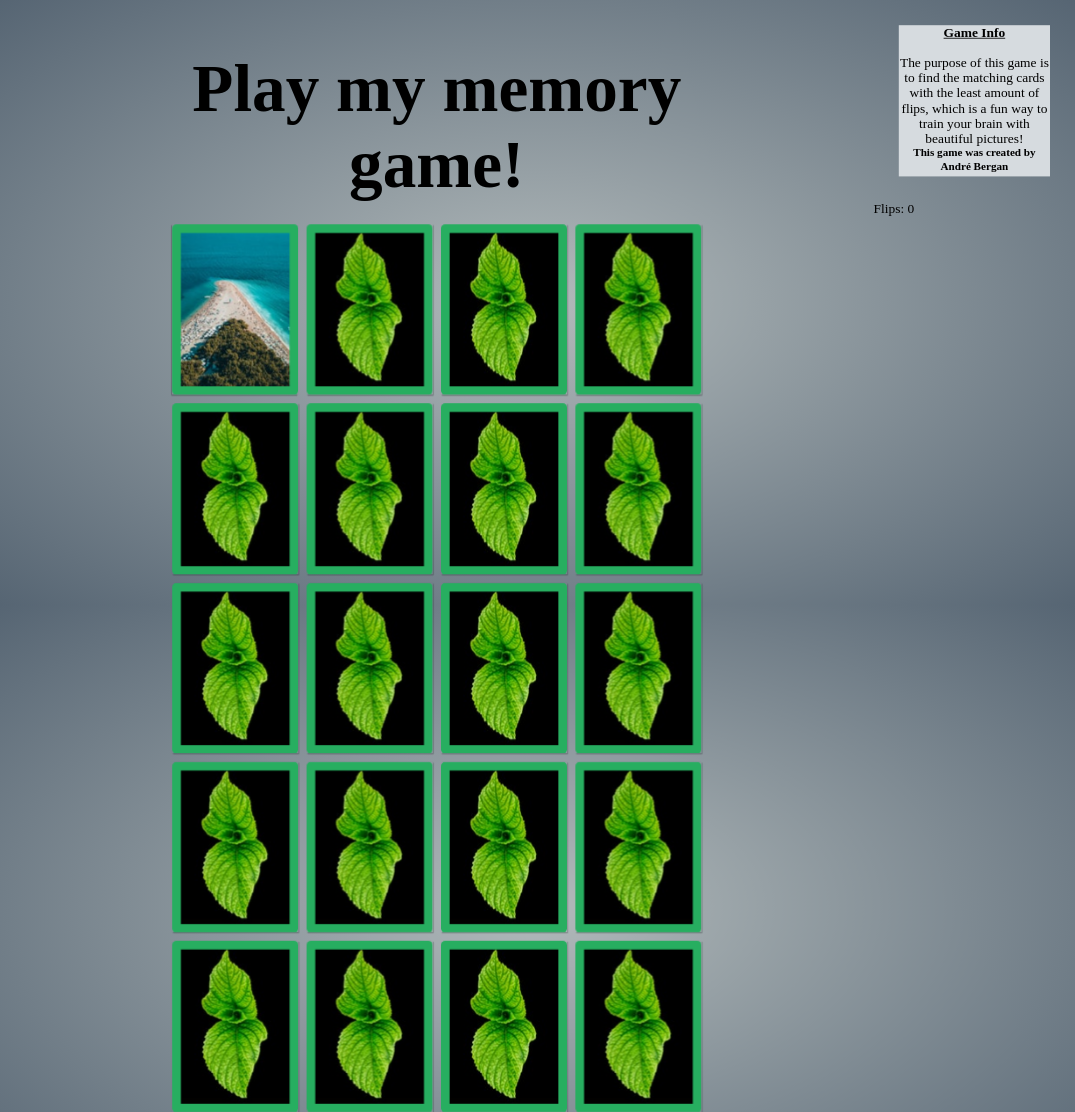
Repository: Code-Institute-Submissions/Milestone-Project-24
Page: index2.html
The author's editor kept a record of every edit. The page is drawn from the files as they stood at one moment, then again after the next edit.
The browser window is 1280 px wide. The pictures show the whole page, at 84% of full size.
After loading, the first visible `div.memory-card` was clicked once.

Above is the page before.

After the next edit:
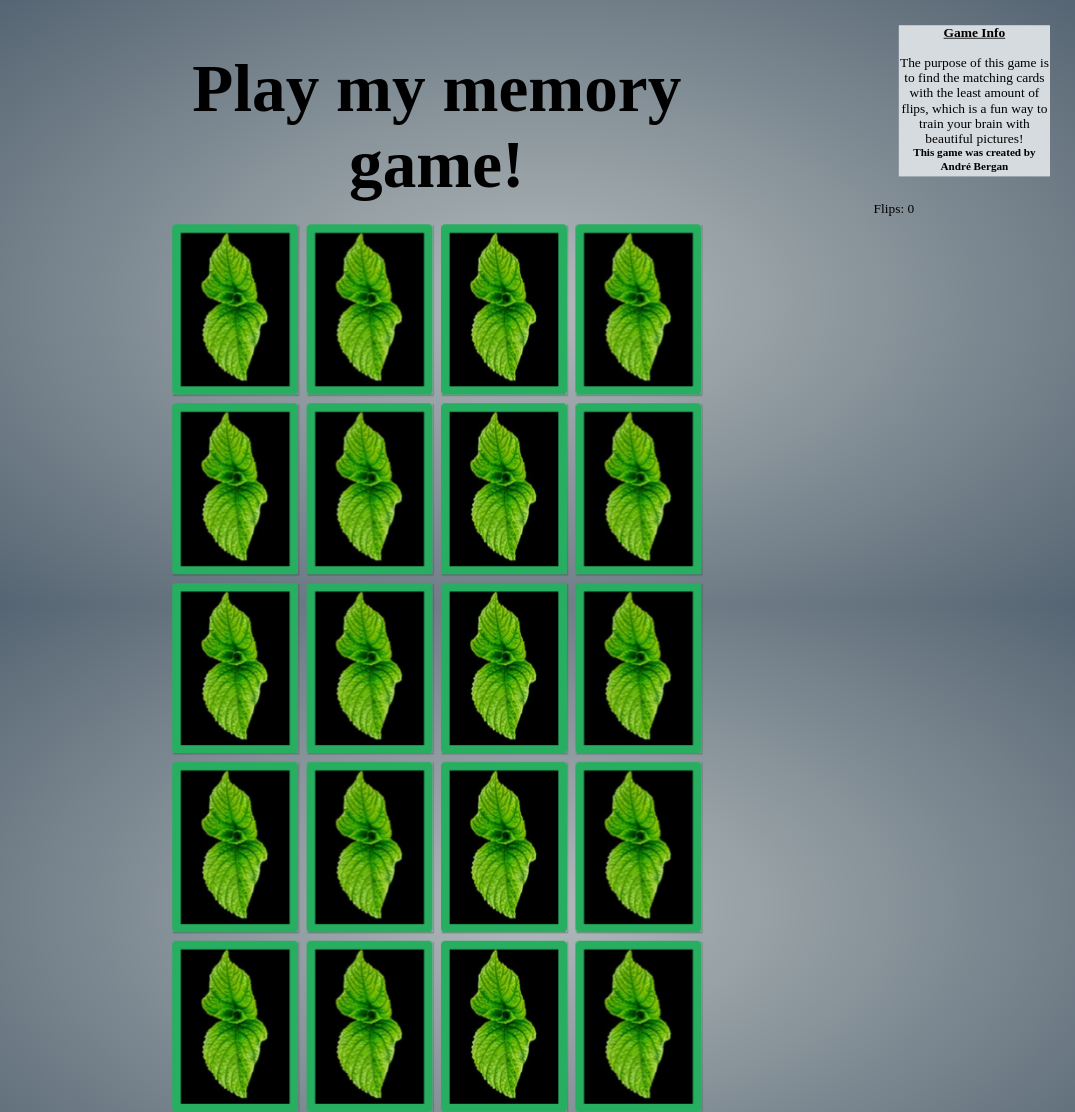
Console error: TypeError: Cannot read properties of undefined (reading 'innerText')
The edit:
--- a/assets/js/main.js
+++ b/assets/js/main.js
@@ -10,7 +10,8 @@
   if (lockBoard) return;
   if (this === firstCard) return;
   this.flipCount ++;
-  this.ticker
+  this.ticker.innerText
+
   this.classList.add('flip');
 
   if (!hasFlippedCard) {

After the 2 edits that followed:
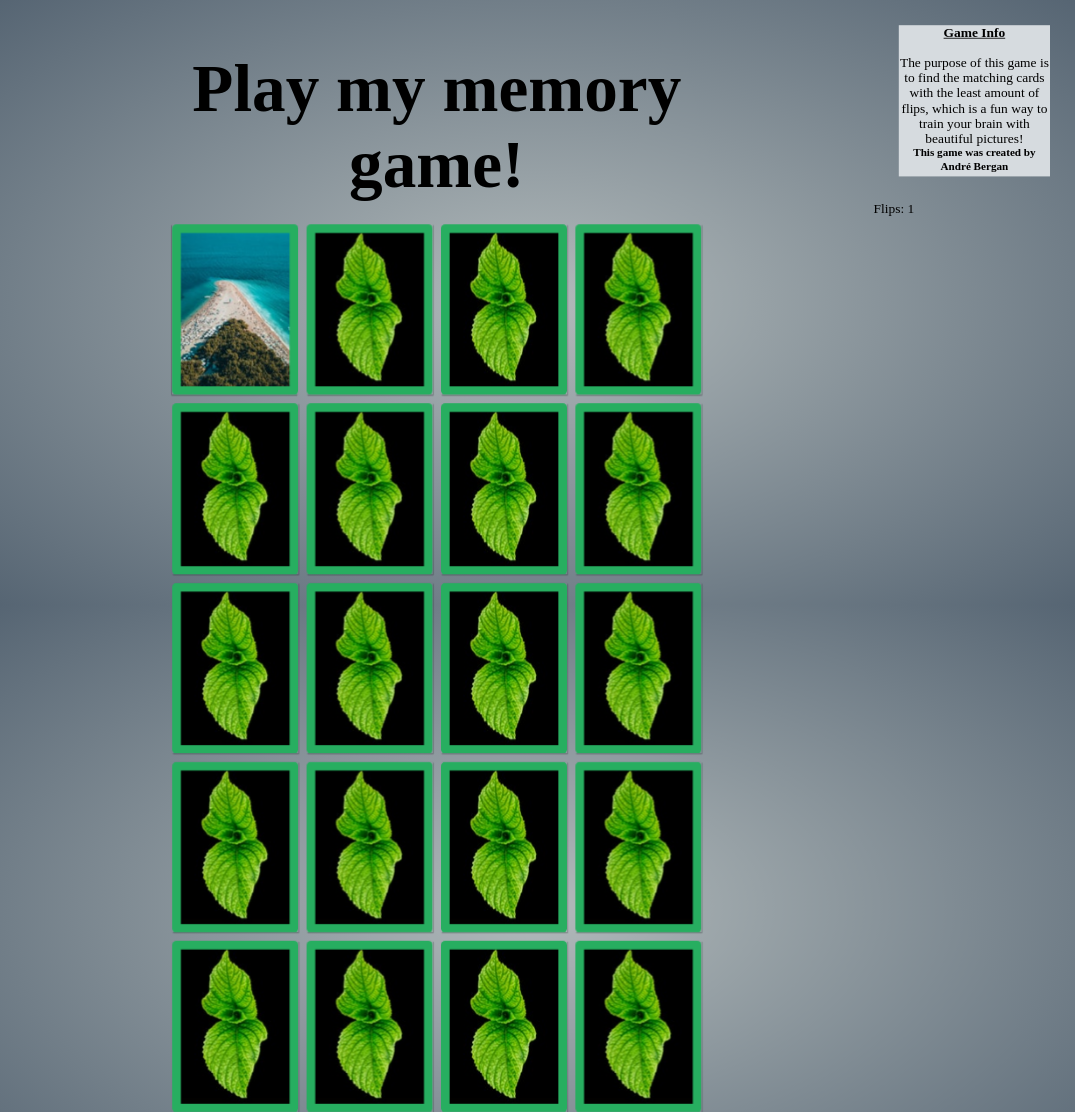
The error is gone.
The 2 edits are shown as one change because 1 left the picture as it was.
The edit:
--- a/assets/js/main.js
+++ b/assets/js/main.js
@@ -3,14 +3,14 @@
 let hasFlippedCard = false;
 let lockBoard = false;
 let firstCard, secondCard;
-var flipCount;
+var flipCount =0;
 var ticker =  document.getElementById('flipcount');
 
 function flipCard() {
   if (lockBoard) return;
   if (this === firstCard) return;
-  this.flipCount ++;
-  this.ticker.innerText
+  flipCount ++;
+  ticker.innerText = flipCount;
 
   this.classList.add('flip');
 
